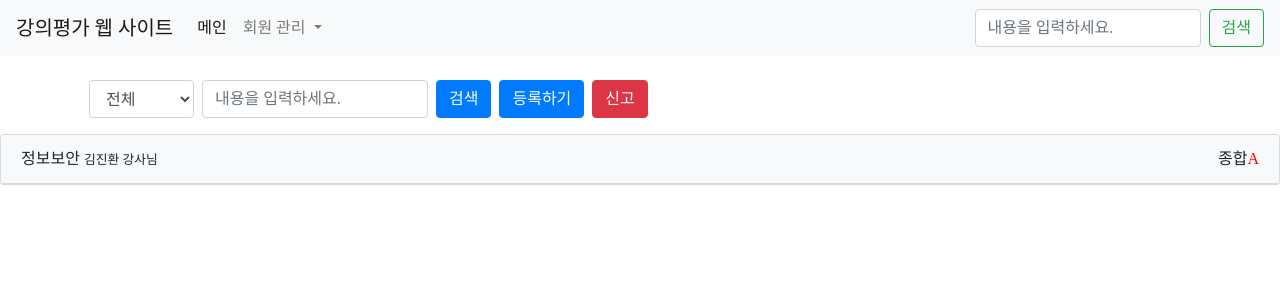
Repository: cldud5221/thdcldud
Page: http://localhost/info/
An editor plug-in stored every save of this project. The page is shown before and after the next save, followed by the edit.
The browser window is 1280 px wide. The pictures show the whole page.
Some web fonts or font styles are not loaded; a fallback is used. The page is served by Tomcat 9.

Above is the page before, as saved 2019-07-09 11:12:44.

After the next save:
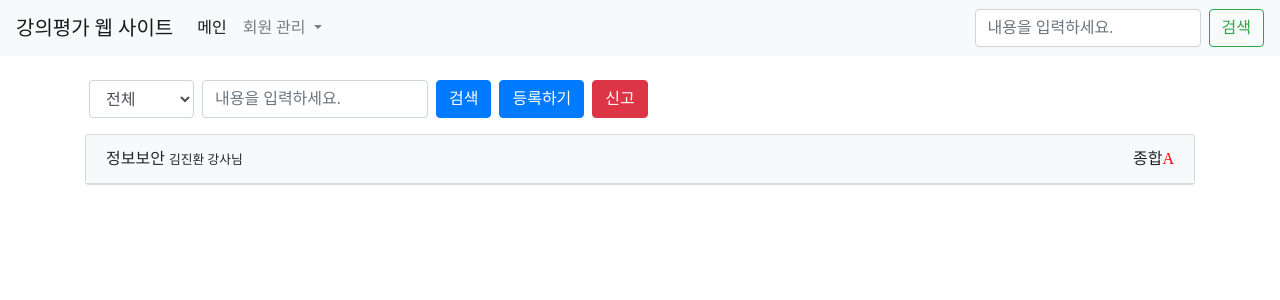
Saved 68 s later.
--- a/info/WebContent/index.jsp
+++ b/info/WebContent/index.jsp
@@ -52,18 +52,17 @@
 			<a class="btn btn-primary mx-1 mt-2" data-toggle="modal" href="#registerModal">등록하기</a>
 			<a class="btn btn-danger mx-1 mt-2" data-toggle="modal" href="#reportModal">신고</a>
 		</form>
+		<div class="card bg-light mt-3">
+			<div class="card-header bg-light">
+				<div class="row">
+					<div class="col-8 text-left">정보보안&nbsp;<small>김진환 강사님</small></div>
+					<div class="col-4 text-right">
+						종합<span style="color: red;">A</span>
+					</div>
+				</div>
+			</div>
+		</div>
 	</section>
-	<div class="card bg-light mt-3">
-		<div class="card-header bg-light">
-			<div class="row">
-				<div class="col-8 text-left">정보보안&nbsp;<small>김진환 강사님</small></div>
-				<div class="col-4 text-right">
-					종합<span style="color: red;">A</span>
-				</div>
-			</div>
-		</div>
-	</div>
-
 	<div class="modal fade" id="registerModal" tabindex="-1" role="dialog" aria-labelledby="modal" aria-hidden="true">
 		<div class="modal-dialog">
 			<div class="modal-content">
